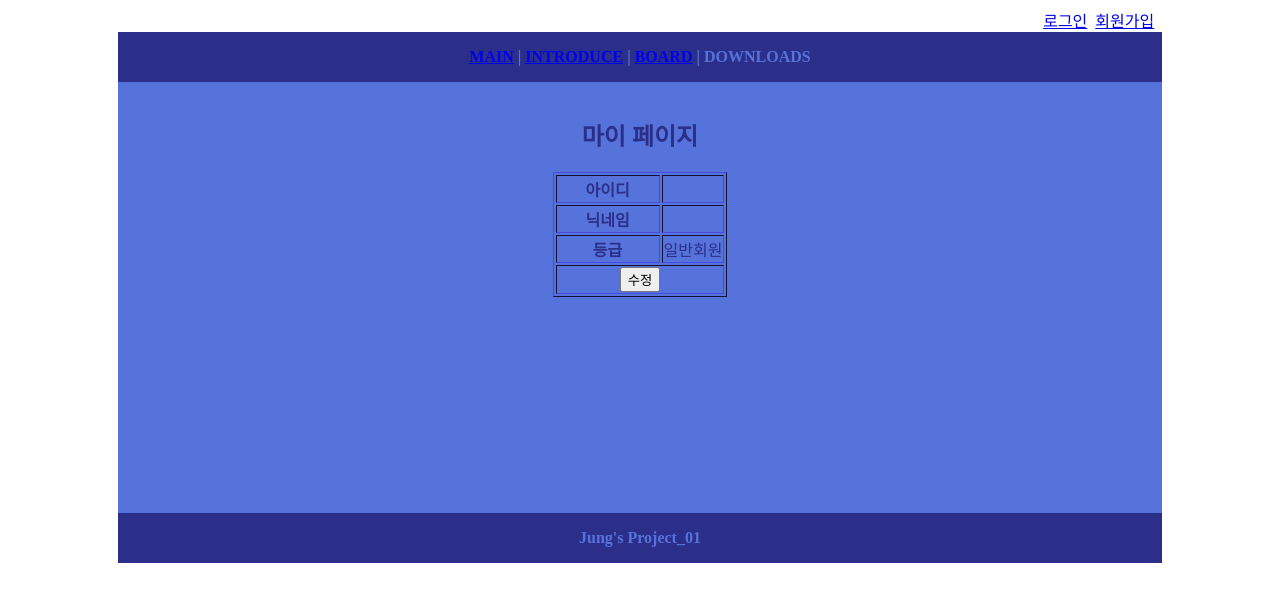
Repository: asas6306/Jungs_
Page: http://localhost/Board-Project1/WEB-INF/JSP/mypage.jsp
An editor plug-in stored every save of this project. The page is shown before and after the next save, followed by the edit.
The browser window is 1280 px wide. The pictures show the whole page.
The page is served by Tomcat 9. Nobody is signed in. Other server files are loaded and not shown. The template is opened directly, without the code that normally fills it, so the values that code supplies are empty.

Above is the page before, as saved 2021-01-14 08:13:44.

### Board-Project1/WebContent/WEB-INF/JSP/mypage.jsp
<%@ page language="java" contentType="text/html; charset=UTF-8"
    pageEncoding="UTF-8"%>
<jsp:include page="/layout/header.jsp" />

<table border="1" class="table">
	<caption>
		<h2>마이 페이지</h2>
	</caption>
	<tr>
		<th width="100px">아이디</th>
		<td>${m.ID}</td>
	</tr>
	<tr>
		<th>닉네임</th>
		<td>${m.nickname}</td>
	</tr>
	<tr>
		<th>등급</th>
		<td>${m.mng ? "관리자" : "일반회원"}</td>
	</tr>
	<tr>
		<td colspan="2" align="center"><input type="button" value="수정"
			onclick="location.href='/Board-Project1/member.do?action=PWcheck'">
		</td>
	</tr>
</table>

<jsp:include page="/layout/footer.jsp" />

### Board-Project1/WebContent/layout/header.jsp
<%@ page language="java" contentType="text/html; charset=UTF-8"
	pageEncoding="UTF-8"%>
<%@ taglib prefix="c" uri="http://java.sun.com/jsp/jstl/core" %>
<!DOCTYPE html>
<html>
<head>
<meta charset="UTF-8">
<title>Jung's Board Project_01</title>
<link rel="stylesheet" type="text/css" href="/Board-Project1/layout/layout.css">
</head>
<body>
	<div align="center">
		<div style="width: 82%" align="right">
			<c:choose>
				<c:when test="${m.state}">
				<a>${m.nickname}님 환영합니다!</a>&nbsp
					<a href="/Board-Project1/member.do?action=doLogout">로그아웃</a>&nbsp
					<a href="/Board-Project1/member.do?action=mypage">마이페이지</a>&nbsp
				</c:when>
				<c:when test="${!m.state}">
					<a href="/Board-Project1/member.do?action=login">로그인</a>&nbsp
					<a href="/Board-Project1/member.do?action=signup">회원가입</a>&nbsp
				</c:when>
			</c:choose>
		</div>
		<div class="header" align="center">
		<a href="/Board-Project1/main.do">MAIN</a>
		 |
		<a href="/Board-Project1/main.do?action=introduce">INTRODUCE</a>
		 |
		<a href="/Board-Project1/article.do?action=list">BOARD</a>
		 |
		DOWNLOADS
		</div>
	<div class="main" align="center">
		<!-- haeder -->

### Board-Project1/WebContent/layout/footer.jsp

<!-- footer -->
</div>
<div class="footer" align="center">Jung's Project_01</div>
</div>
</body>
</html>

### Board-Project1/WebContent/layout/layout.css
@charset "UTF-8";

.headertop {
	width: 80%;
}

.header, .footer {
	width: 80%;
	padding: 1em;
	background: #2C2F8A;
	color: #5673DB;
	font: sans-serif;
	font-weight: bold;
}

.main {
	width: 80%;
	padding: 1em;
	min-height: 400px;
	padding-top: 15px;
	background: #5673DB;
	color: #BADCF5;
}

.table {
	border: 2px thin;
	border-color: #2C2F8A;
	font: sans-serif;
	font-style: normal;
	color: #2C2F8A;
}

After the next save:
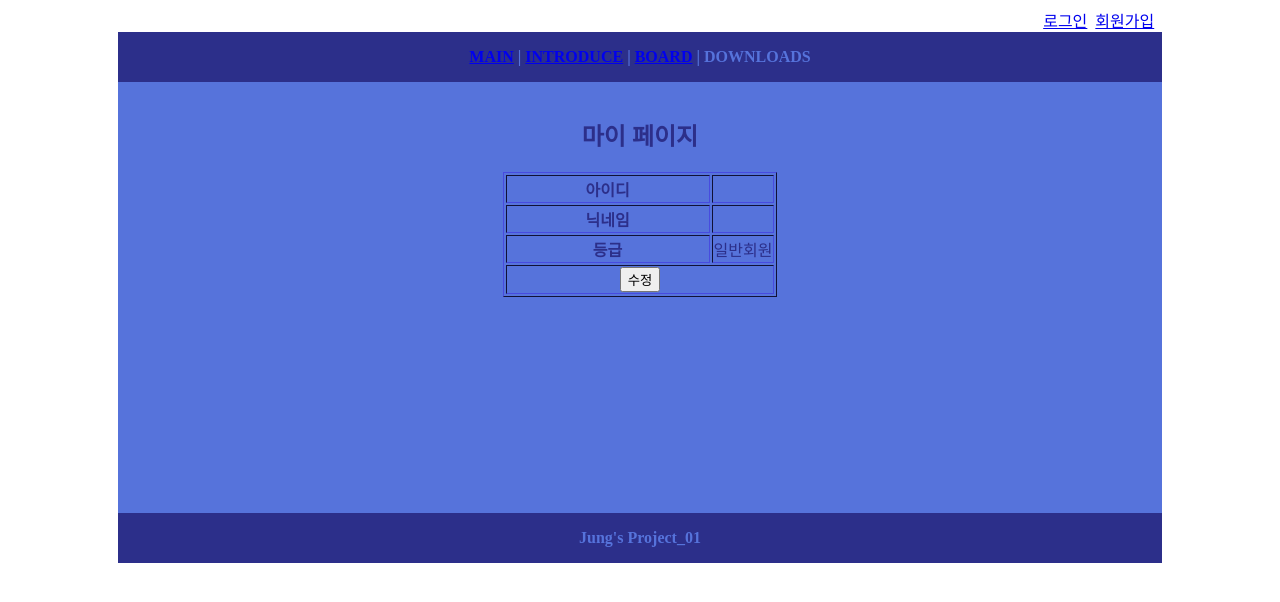
Saved 7 s later.
--- a/Board-Project1/WebContent/WEB-INF/JSP/mypage.jsp
+++ b/Board-Project1/WebContent/WEB-INF/JSP/mypage.jsp
@@ -7,7 +7,7 @@
 		<h2>마이 페이지</h2>
 	</caption>
 	<tr>
-		<th width="100px">아이디</th>
+		<th width="200px">아이디</th>
 		<td>${m.ID}</td>
 	</tr>
 	<tr>
